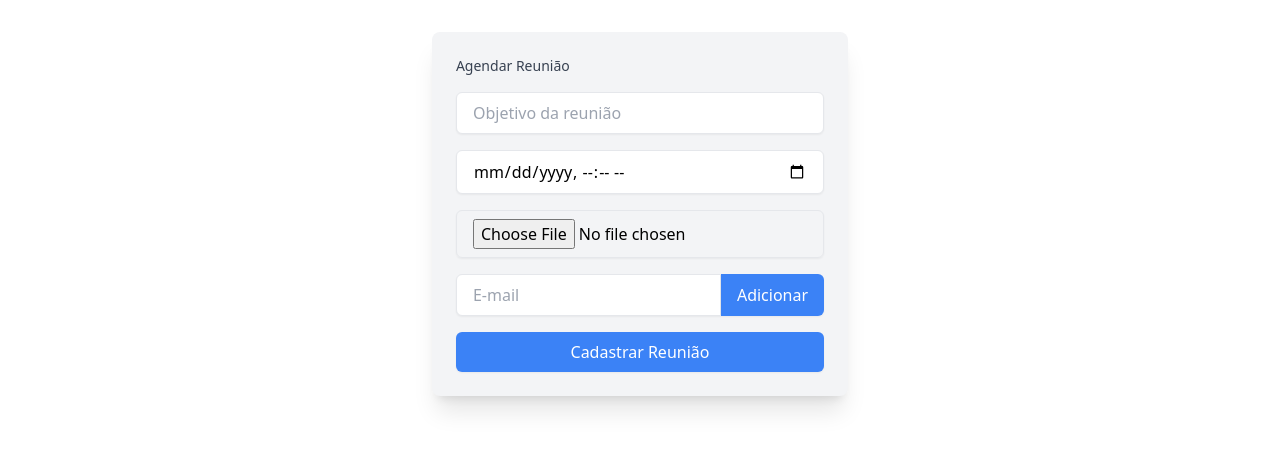
Repository: TamiBeira/meeting
Page: /
These files come from the project's save history. The page is drawn as it stood at one moment and after the next save; the edit follows.
The browser window is 1280 px wide. The pictures show the whole page.
The project was rebuilt for these pictures with package versions that can differ from the ones it lists, and the page was loaded fresh each time. Also part of the build but not shown: vite.config.ts.

Above is the page before, as saved 2024-02-26 15:23:12.

After the next save:
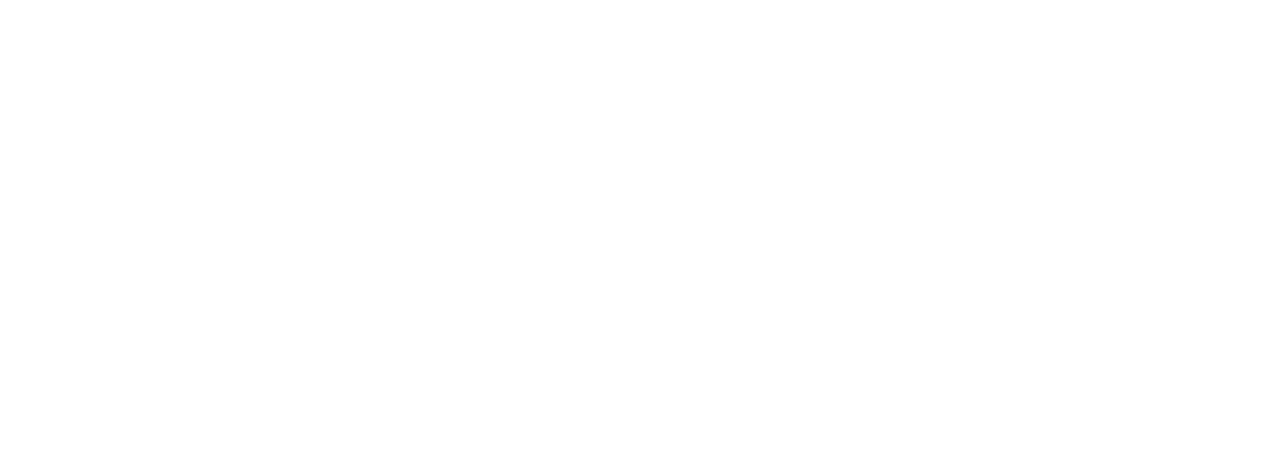
Console error: ReferenceError: handleDataChange is not defined
Saved 2 min 37 s later.
--- a/src/contexts/FormContext.tsx
+++ b/src/contexts/FormContext.tsx
@@ -9,10 +9,7 @@
   title: string;
   emails: string[];
   emailInput: string;
-  handleDataChange: (event: React.ChangeEvent<HTMLInputElement>) => void;
-  handleImagemChange: (event: React.ChangeEvent<HTMLInputElement>) => void;
-  handleTitleChange: (event: React.ChangeEvent<HTMLInputElement>) => void;
-  handleHoraChange: (event: React.ChangeEvent<HTMLInputElement>) => void;
+  handleInputChange: (event: React.ChangeEvent<HTMLInputElement>) => void;
   handleEmailInputChange: (event: React.ChangeEvent<HTMLInputElement>) => void;
   handleAddEmail: () => void;
   handleSubmit: (event: React.FormEvent<HTMLFormElement>) => void;
@@ -35,20 +32,8 @@
     const [emails, setEmails] = useState([]);
     const [emailInput, setEmailInput] = useState('');
 
-    const handleDataChange = (event) => {
-      setData(event.target.value);
-    };
-
-    const handleImagemChange = (event) => {
-      setImagem(event.target.value);
-    };
-
-    const handleTitleChange = (event) => {
-      setTitle(event.target.value);
-    };
-
-    const handleHoraChange = (event) => {
-      setHora(event.target.value);
+    const handleInputChange = (event, setterFunction) => {
+      setterFunction(event.target.value);
     };
 
     const handleEmailInputChange = (event) => {

After the save that followed:
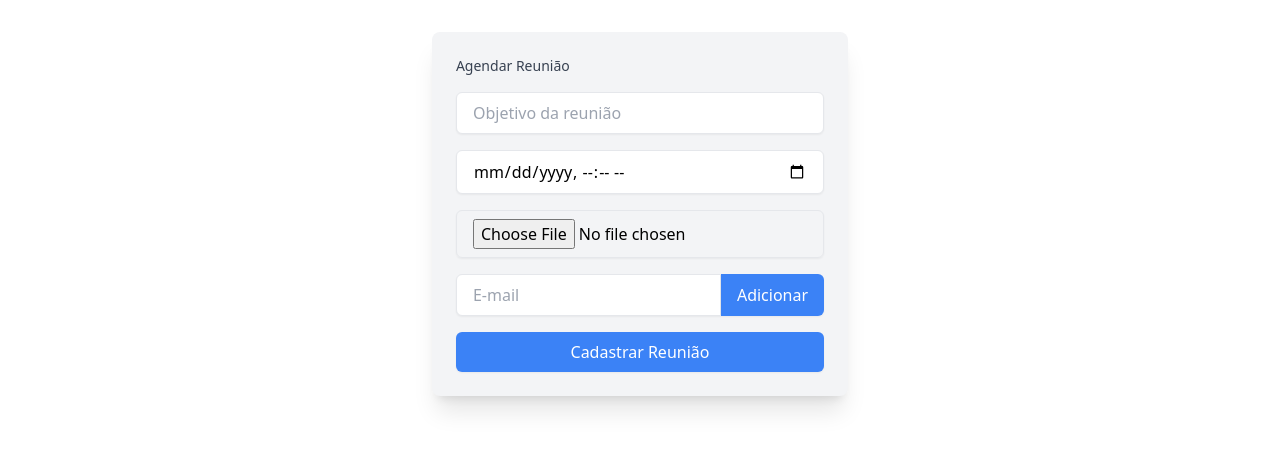
The error is gone.
Saved 67 s later.
--- a/src/contexts/FormContext.tsx
+++ b/src/contexts/FormContext.tsx
@@ -81,10 +81,7 @@
           title,
           emails,
           emailInput,
-          handleDataChange,
-          handleImagemChange,
-          handleTitleChange,
-          handleHoraChange,
+          handleInputChange,
           handleEmailInputChange,
           handleAddEmail,
           handleSubmit,
